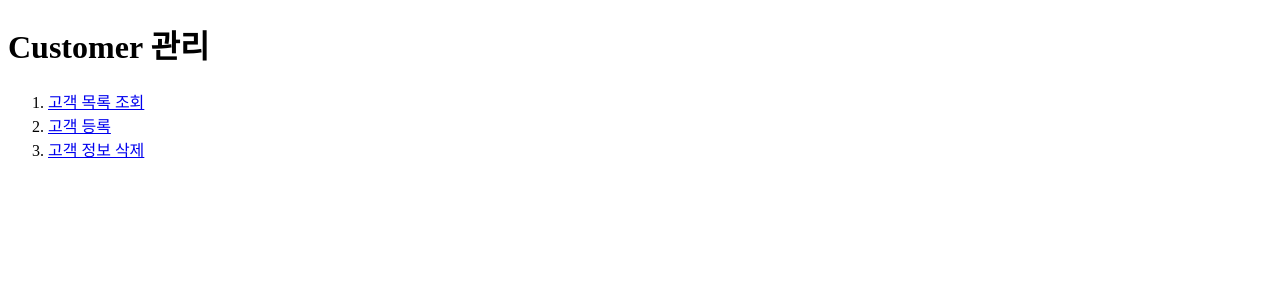
Repository: hyungryuk-zz/JAVA_CLASS
Page: http://localhost/JavaEEPrj/
These files come from the project's save history. The page is drawn as it stood at one moment and after the next save; the edit follows.
The browser window is 1280 px wide. The pictures show the whole page.
The page is served by Tomcat 9.

Above is the page before, as saved 2017-07-24 06:30:12.

After the next save:
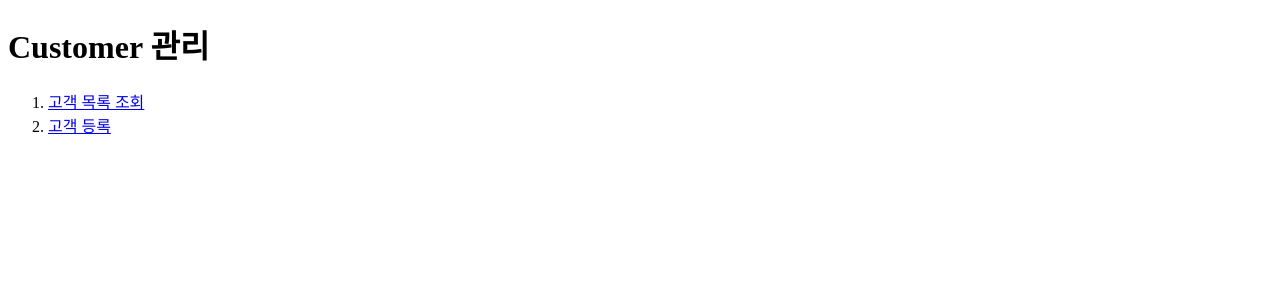
Saved 5 s later.
--- a/JavaEEPrj/WebContent/index.jsp
+++ b/JavaEEPrj/WebContent/index.jsp
@@ -11,7 +11,6 @@
 	<ol>
 		<li><a href="broker?cmd=allCustomer">고객 목록 조회</a></li>
 		<li><a href="broker?cmd=registform">고객 등록</a></li>
-		<li><a href="broker?cmd=delCustomer">고객 정보 삭제</a></li>
 	</ol>
 
 
